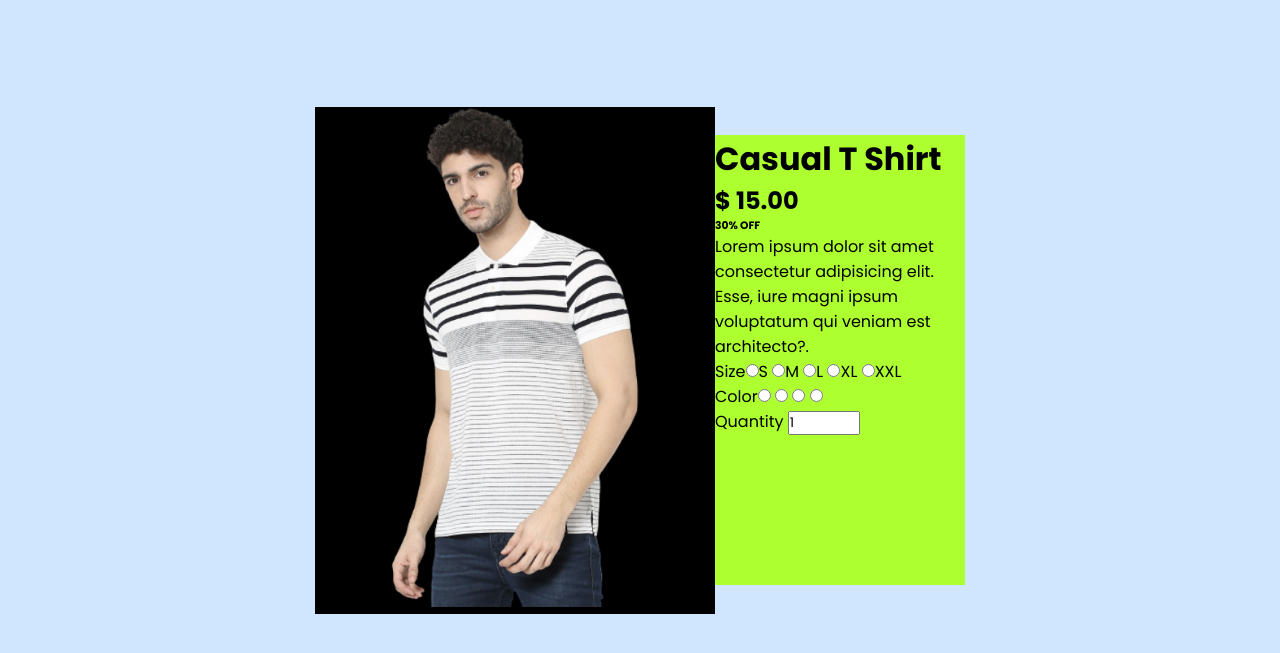
Repository: Ankitkr2021/Product-Page
Page: index.html
The author's editor kept a copy of each file at every save. The page is drawn from the files as they stood at one save, then again after the next save.
The browser window is 1280 px wide. The pictures show the whole page.

Above is the page before, as saved 2025-10-24 10:47:15.

After the next save:
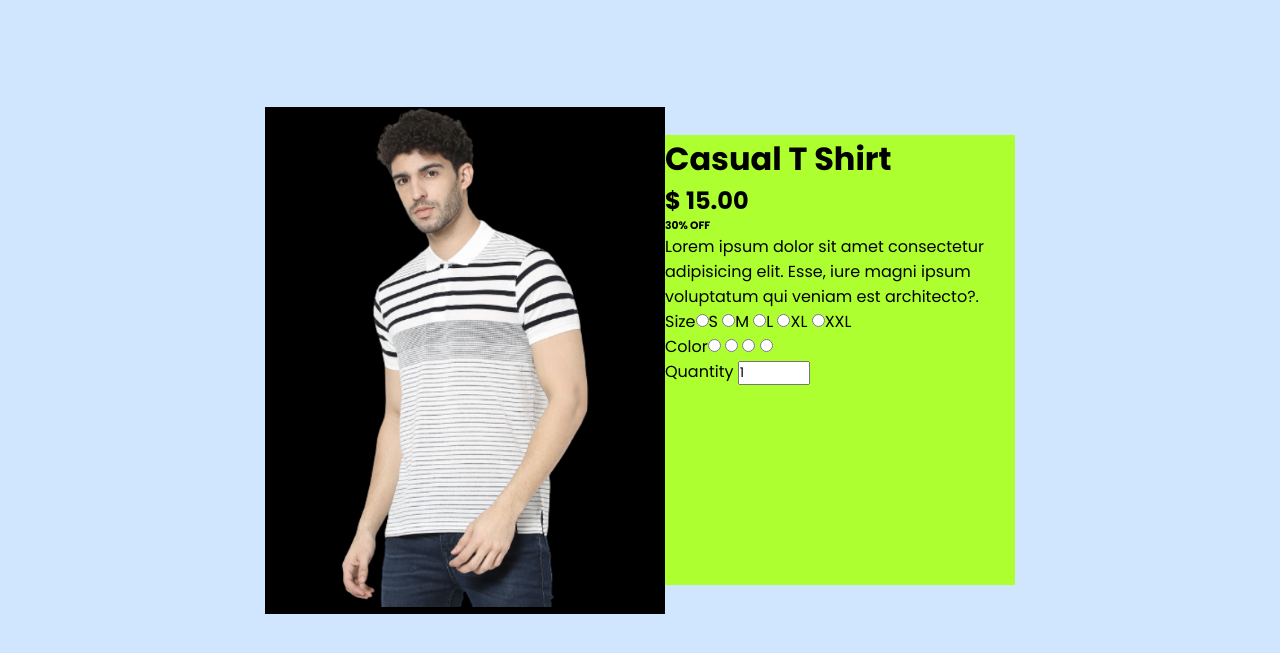
Saved 6 s later.
--- a/style.css
+++ b/style.css
@@ -27,7 +27,7 @@
 
 .right{
     height: 450px;
-    width: 250px;
+    width: 350px;
     background: greenyellow;
 
 }

After the save that followed:
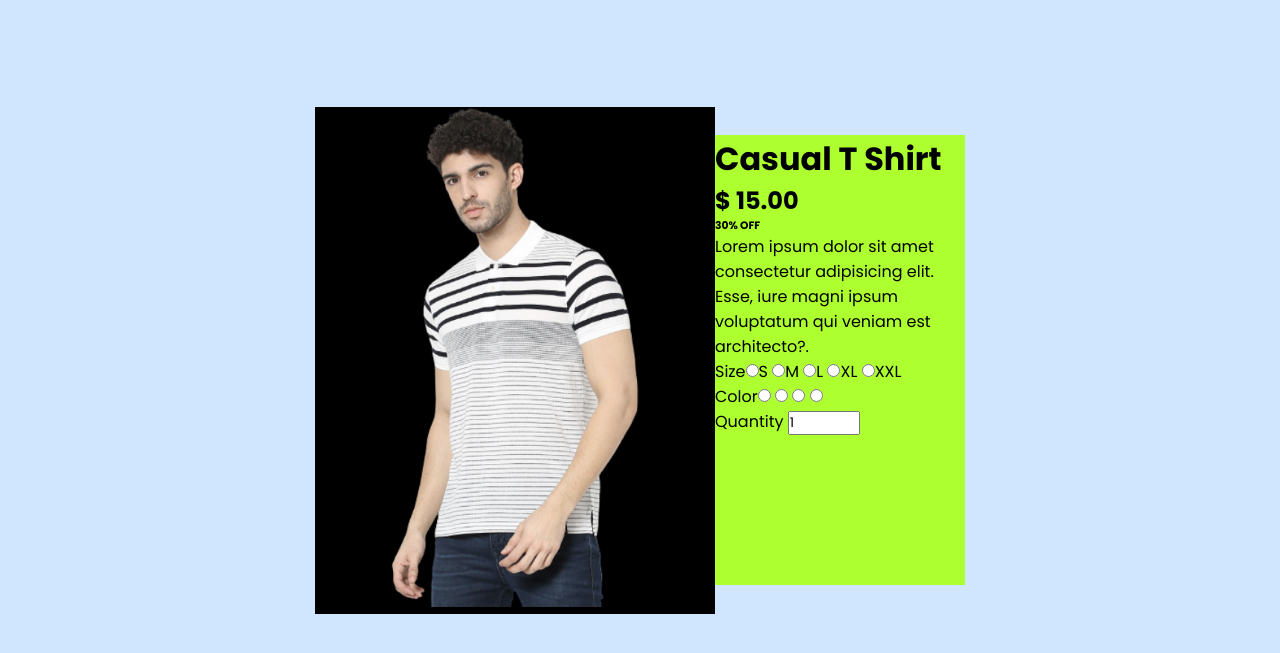
Saved 9 s later.
--- a/style.css
+++ b/style.css
@@ -27,7 +27,7 @@
 
 .right{
     height: 450px;
-    width: 350px;
+    width: 250px;
     background: greenyellow;
 
 }
